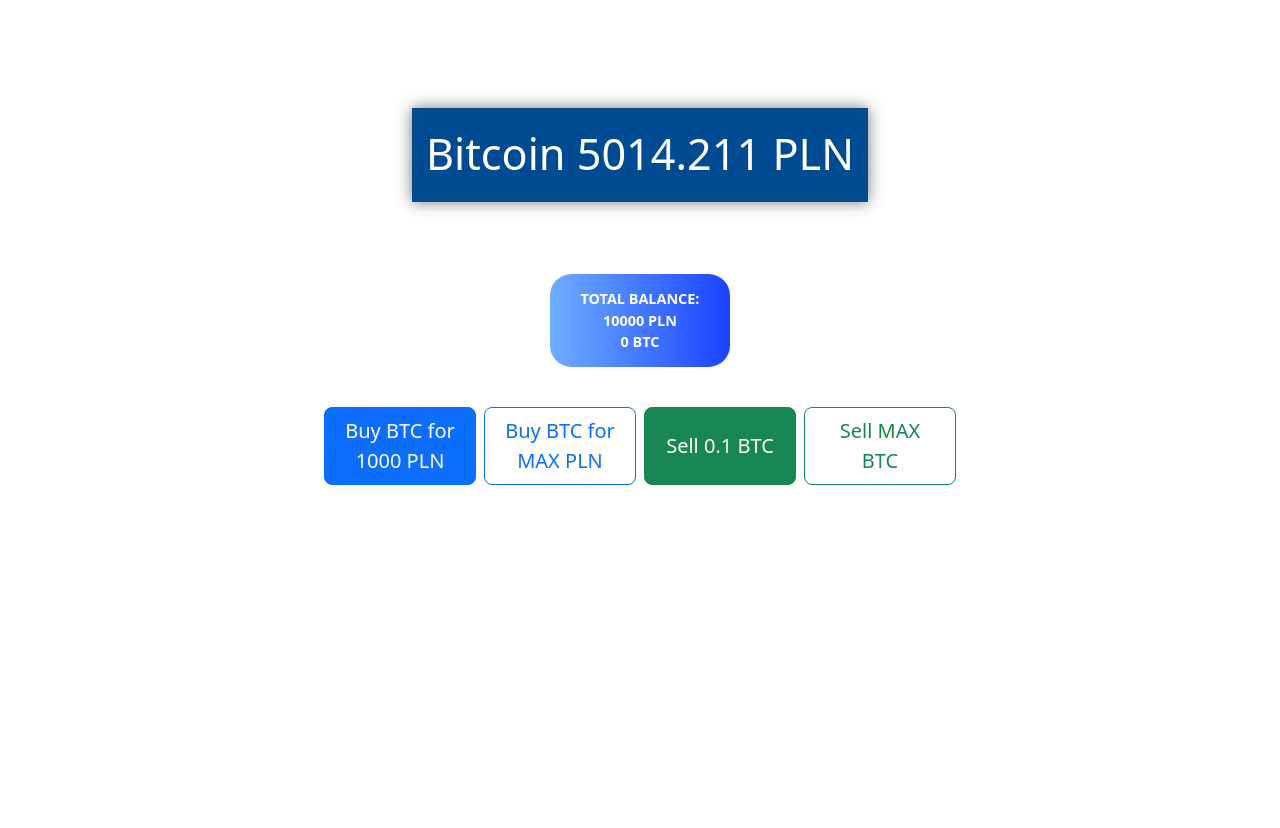
Repository: michalgornicki/bitcoin-virtual
Page: /
The author's editor kept a copy of each file at every save. The page is drawn from the files as they stood at one save, then again after a run of saves.
The browser window is 1280 px wide. The pictures show the whole page.
The project was rebuilt for these pictures with package versions that can differ from the ones it lists, and the page was loaded fresh each time.

Above is the page before, as saved 2021-12-05 22:55:58.

After the next 2 saves:
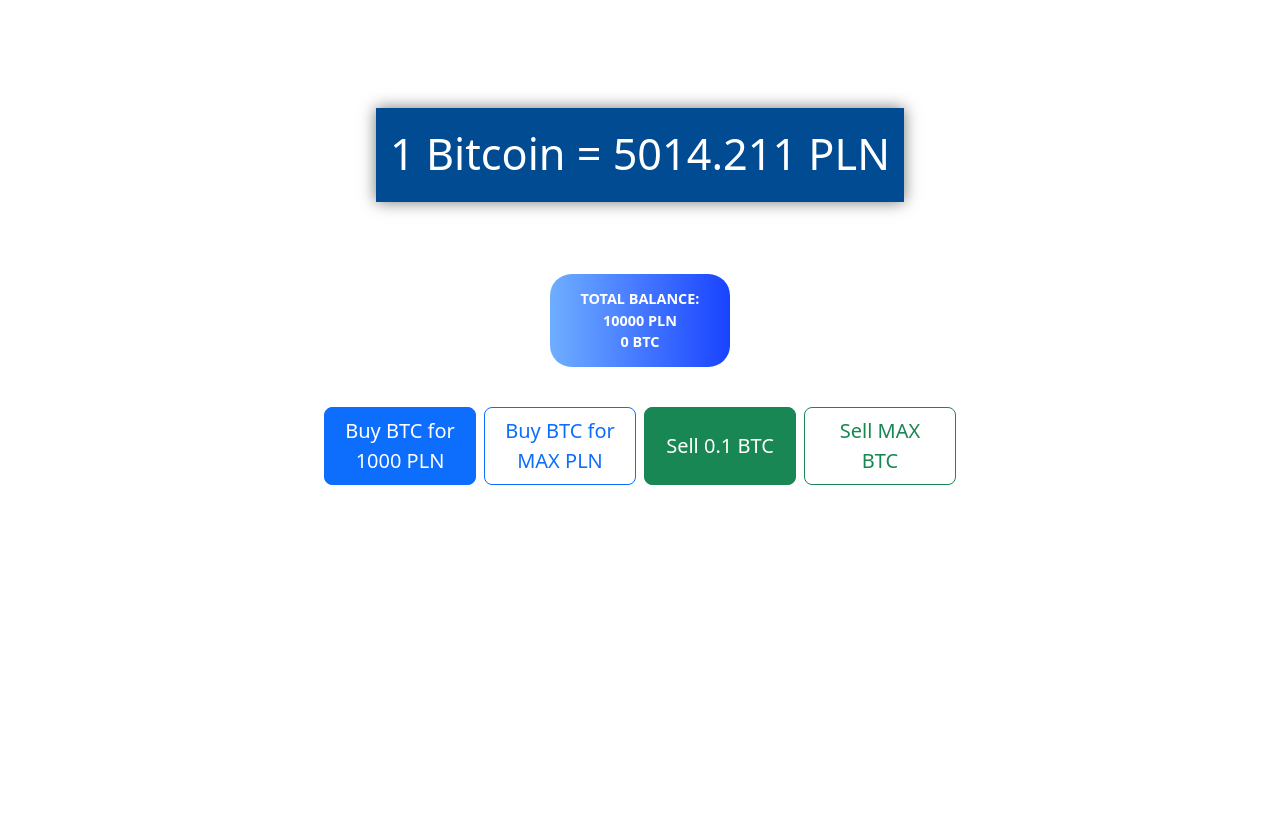
The 2 saves are shown as one change because they came seconds apart.
The last was saved 28 s later.
--- a/src/App.jsx
+++ b/src/App.jsx
@@ -66,7 +66,7 @@ function App() {
 
   return (
     <div className="wrapper">
-      <div className="price">Bitcoin {bitcoinPrice} PLN</div>
+      <div className="price">1 Bitcoin = {bitcoinPrice} PLN</div>
       <div className="account-container">
         <div className="account">TOTAL BALANCE:</div>
         <div className="account">{accountPLN} PLN</div>
